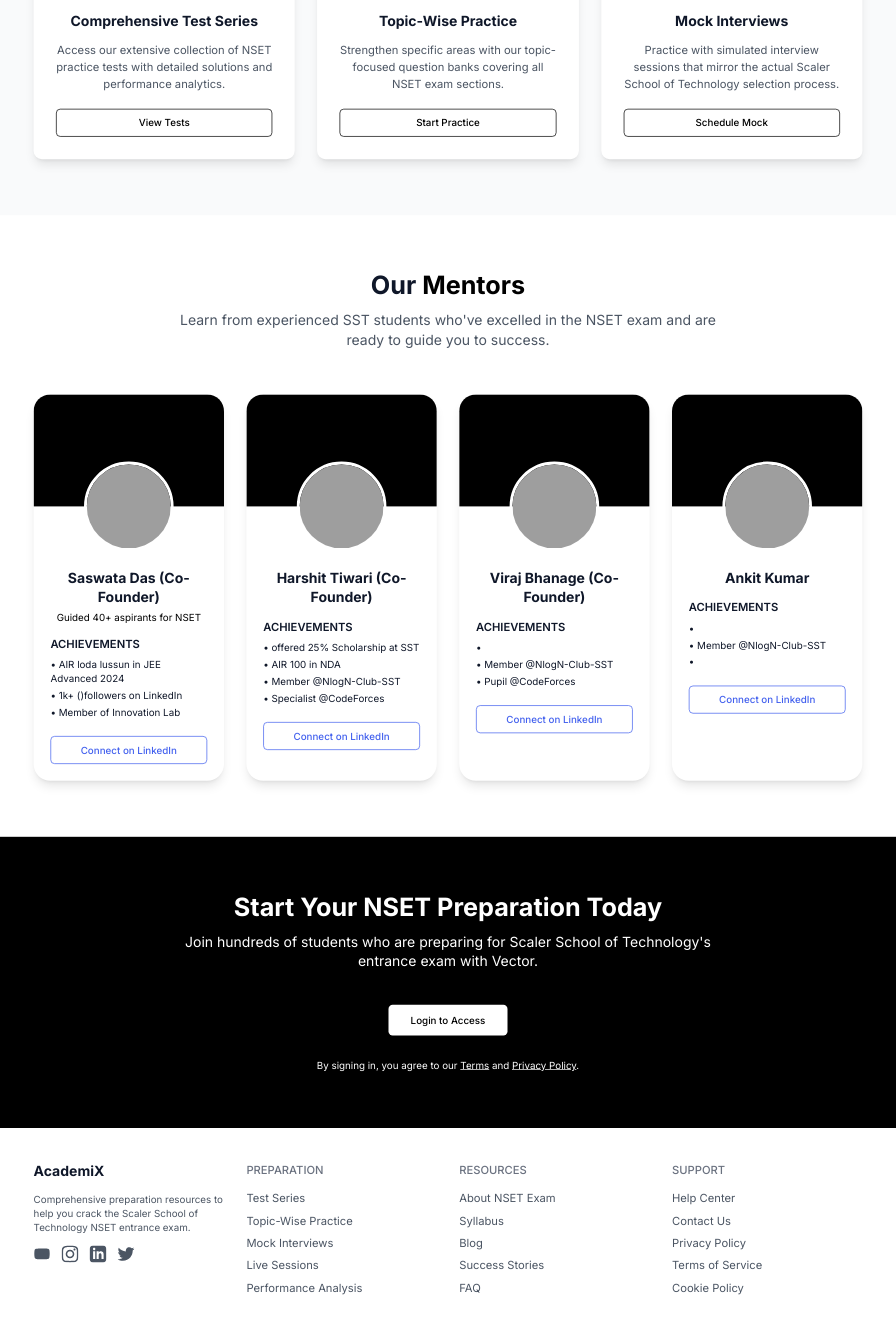
Repository: techSaswata/Nebula
Page: /
An editor plug-in stored every save of this project. The page is shown before and after the next save, followed by the edit.
The browser window is 1280 px wide. The pictures show the part of the page from y = 938 to 2858 px (the page is 2838 px tall before and 2858 px after), at 70% of full size.
Pictures or frames that could not be fetched are drawn as grey boxes. The page's requests for data from a server got no answer. The project was rebuilt for these pictures with package versions that can differ from the ones it lists, and the page was loaded fresh each time. The framework's server and built-in components were replaced by stand-ins that run in the browser. No one was signed in, and anything a server would have sent is missing. Also part of the build but not shown: next.config.js, next.config.ts, src/components/ui/dropdown-menu.tsx.

Above is the page before, as saved 2025-03-25 18:59:21.

After the next save:
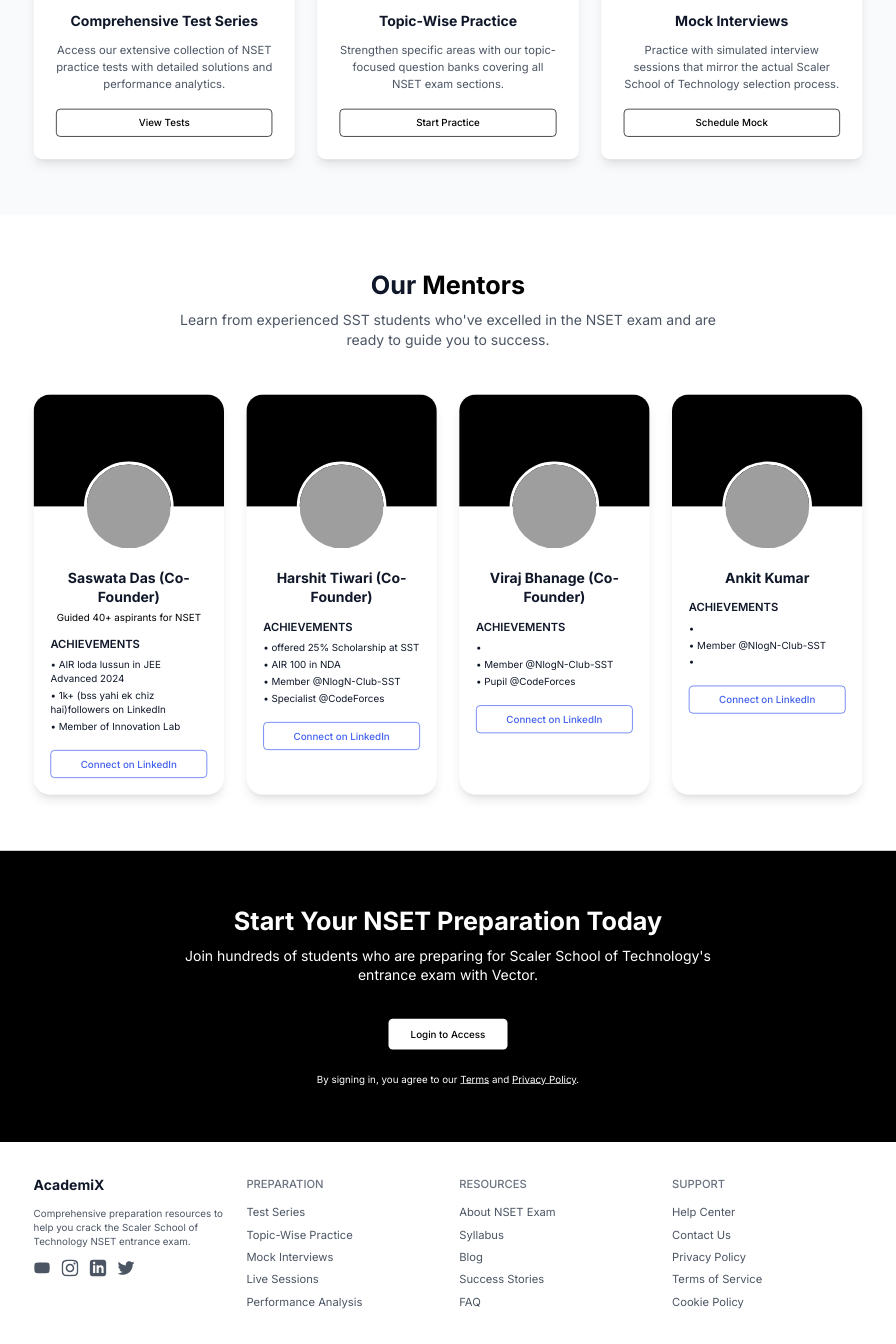
Saved 9 s later.
--- a/src/app/page.tsx
+++ b/src/app/page.tsx
@@ -138,7 +138,7 @@
                     <h4 className="font-semibold">ACHIEVEMENTS</h4>
                     <ul className="text-sm space-y-1">
                       <li>• AIR loda lussun in JEE Advanced 2024</li>
-                      <li>• 1k+ ()followers on LinkedIn</li>
+                      <li>• 1k+ (bss yahi ek chiz hai)followers on LinkedIn</li>
                       <li>• Member of Innovation Lab</li>
                     </ul>
                   </div>
